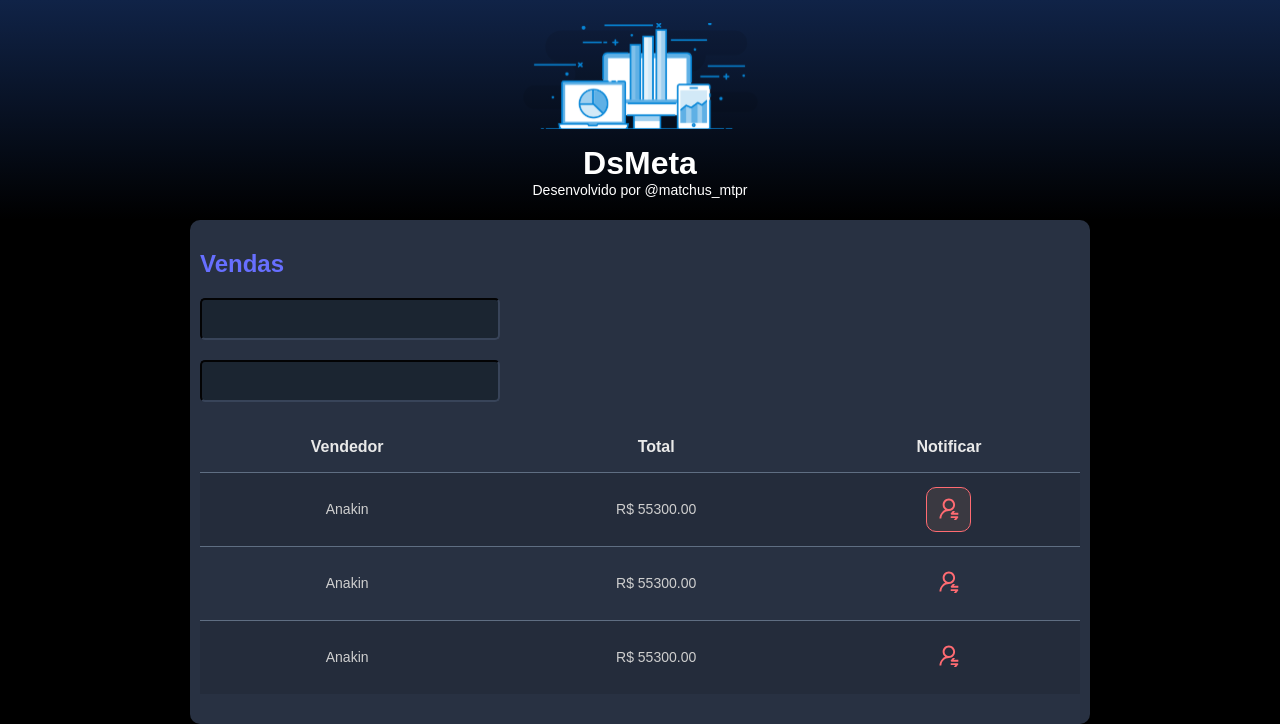
Repository: MatheusAlvesPereiraRosa/ds-meta
Page: index.html
The author's editor kept a copy of each file at every save. The page is drawn from the files as they stood at one save, then again after the next save.
The browser window is 1280 px wide. The pictures show the whole page.

Above is the page before, as saved 2022-09-05 17:08:16.

### index.html
<!DOCTYPE html>
<html lang="en">
  <head>
    <meta charset="UTF-8" />
    <meta http-equiv="X-UA-Compatible" content="IE=edge" />
    <meta name="viewport" content="width=device-width, initial-scale=1.0" />
    <title>Document</title>

    <link rel="stylesheet" href="styles.css" />
  </head>

  <body>
    <header>
      <div class="dsmeta-logo-container">
        <img src="logo.svg" alt="Logo" />
        <h1>DsMeta</h1>
        <p>
          Desenvolvido por
          <a href="https://www.instagram.com/matchus_mtpr">@matchus_mtpr</a>
        </p>
      </div>
    </header>

    <main>
      <section id="sales">
        <div class="dsmeta-container">
          <div class="dsmeta-card">
            <h2 class="dsmeta-sales-title">Vendas</h2>
            <div>
              <div class="dsmeta-form-control-container">
                <input class="dsmeta-form-control" type="text" />
              </div>
              <div class="dsmeta-form-control-container">
                <input class="dsmeta-form-control" type="text" />
              </div>
            </div>

            <div>
              <table class="dsmeta-sales-table">
                <thead>
                  <tr>
                    <th>Vendedor</th>
                    <th>Total</th>
                    <th>Notificar</th>
                  </tr>
                </thead>
                <tbody>
                  <tr>
                    <td>Anakin</td>
                    <td>R$ 55300.00</td>
                    <td>
                      <div class="dsmeta-red-btn-container">
                        <div class="dsmeta-red-btn">
                          <img src="icone.svg" alt="Notificar" />
                        </div>
                      </div>
                      </tr>
                    </td>
                  </tr>

                  <tr>
                    <td>Anakin</td>
                    <td>R$ 55300.00</td>
                    <td><img src="icone.svg" alt="Notificar" /></td>
                  </tr>
                  <tr>
                    <td>Anakin</td>
                    <td>R$ 55300.00</td>
                    <td><img src="icone.svg" alt="Notificar" /></td>
                  </tr>
                </tbody>
              </table>
            </div>
          </div>
        </div>
      </section>
    </main>
  </body>
</html>

### styles.css
@import url('https://fonts.googleapis.com/css2?family=Roboto:wght@300&display=swap');

* {
    font-family: 'Rotobto', sans-serif;
    box-sizing: border-box;
    margin: 0;
    padding: 0;
}

header {
    background: linear-gradient(180deg, #102347 0%, transparent);
    height: 220px;
    display: flex;
    align-items: center;
    justify-content: center;
}

body, html {
    background-color: black;
    color: #fff;
}

a, a:hover, a:visited {
    color: unset;
    text-decoration: none;
}

.dsmeta-logo-container {
    display: flex;
    flex-direction: column;
    align-items: center;
}

.dsmeta-logo-container img{
    width: 235px;
}

.dsmeta-logo-container h1{
    margin-top: 15px;
}

.dsmeta-logo-container p{
    font-size: 14px;
    font-weight: 300;
}

.dsmeta-card {
    background-color: #283142;
    border-radius: 10px;
    padding: 30px 10px;
}

.dsmeta-container {
    width: 100%;
    max-width: 900px;
    margin: 0 auto;
}

#id {
    padding: 40px 10px;
}

.dsmeta-sales-title {
    color: #676FFF;
    font-size: 24px;
    margin-bottom: 20px;
}

.dsmeta-form-control {
    height: 36px;
    background-color: #1B2531;
    width: 100%;
    max-width: 300px;
    border-radius: 5px;
    border-color: #384459;
    color: #9AAABE;
    padding: 19px 20px;
    font-size: 18px;
}

.dsmeta-sales-table {
    width: 100%;
    border-spacing: 0;
    border-collapse: collapse;
}

.dsmeta-sales-table thead{
    height: 50px;
    font-size: 16px;
    color: #E9E9E9;
    font-weight: 600;
}

.dsmeta-sales-table tbody{
    font-weight: 400;
    font-size: 14px;
    color: #CFCFCF;
    text-align: center;
}

.dsmeta-sales-table tbody tr {
    height: 74px;
    border-top: 1px solid #5F6E82;
}

.dsmeta-sales-table tbody tr:nth-child(odd) {
    background-color: #242C3B;
}

.dsmeta-sales-table tbody tr:hover > td {
    background-color: #384459;
}

.dsmeta-red-btn-container {
    display: flex;
    justify-content: center;
}

.dsmeta-red-btn {
    height: 45px;
    width: 45px;
    background-color: rgba(255, 167, 114, 0.1);
    border: 1px solid #ff6b72;
    border-radius: 10px;
    display: flex;
    align-items: center;
    justify-content: center;
    cursor: pointer;
}

.dsmeta-form-control-container {
    margin-bottom: 20px;
}

After the next save:
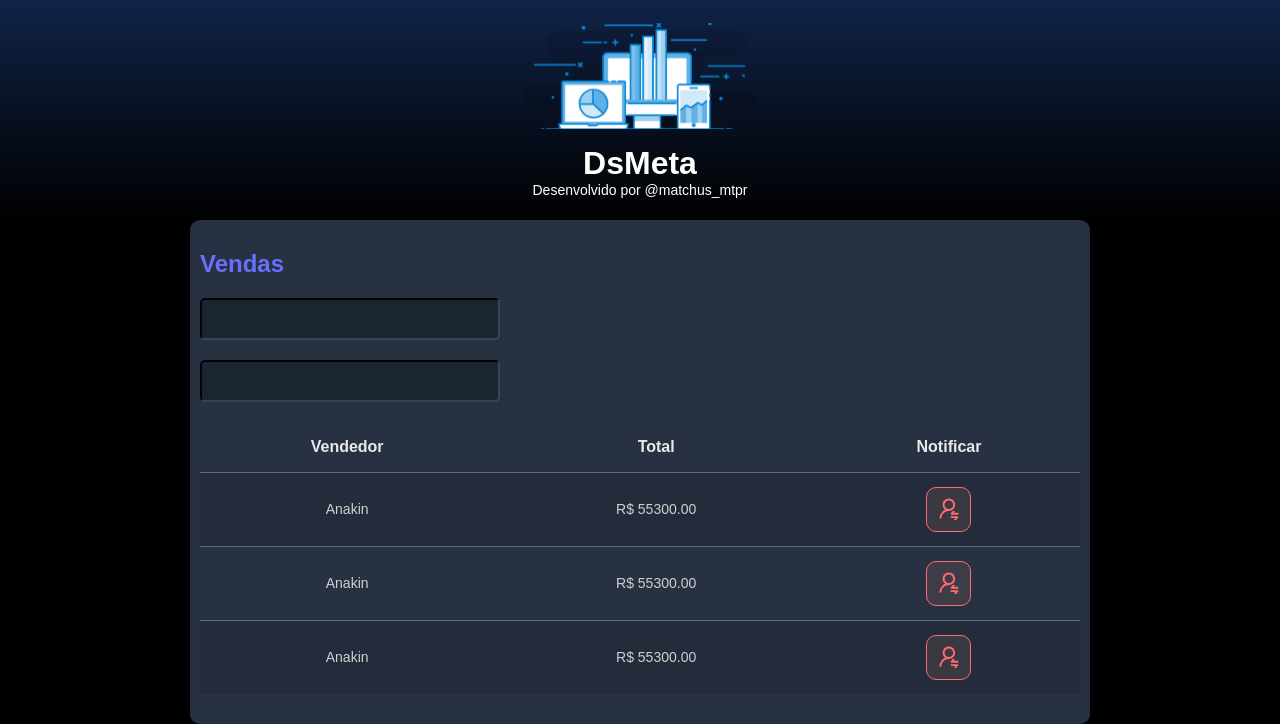
Saved 18 s later.
--- a/index.html
+++ b/index.html
@@ -61,12 +61,26 @@
                   <tr>
                     <td>Anakin</td>
                     <td>R$ 55300.00</td>
-                    <td><img src="icone.svg" alt="Notificar" /></td>
+                    <td>
+                      <div class="dsmeta-red-btn-container">
+                        <div class="dsmeta-red-btn">
+                          <img src="icone.svg" alt="Notificar" />
+                        </div>
+                      </div>
+                      </tr>
+                    </td>
                   </tr>
                   <tr>
                     <td>Anakin</td>
                     <td>R$ 55300.00</td>
-                    <td><img src="icone.svg" alt="Notificar" /></td>
+                    <td>
+                      <div class="dsmeta-red-btn-container">
+                        <div class="dsmeta-red-btn">
+                          <img src="icone.svg" alt="Notificar" />
+                        </div>
+                      </div>
+                      </tr>
+                    </td>
                   </tr>
                 </tbody>
               </table>
